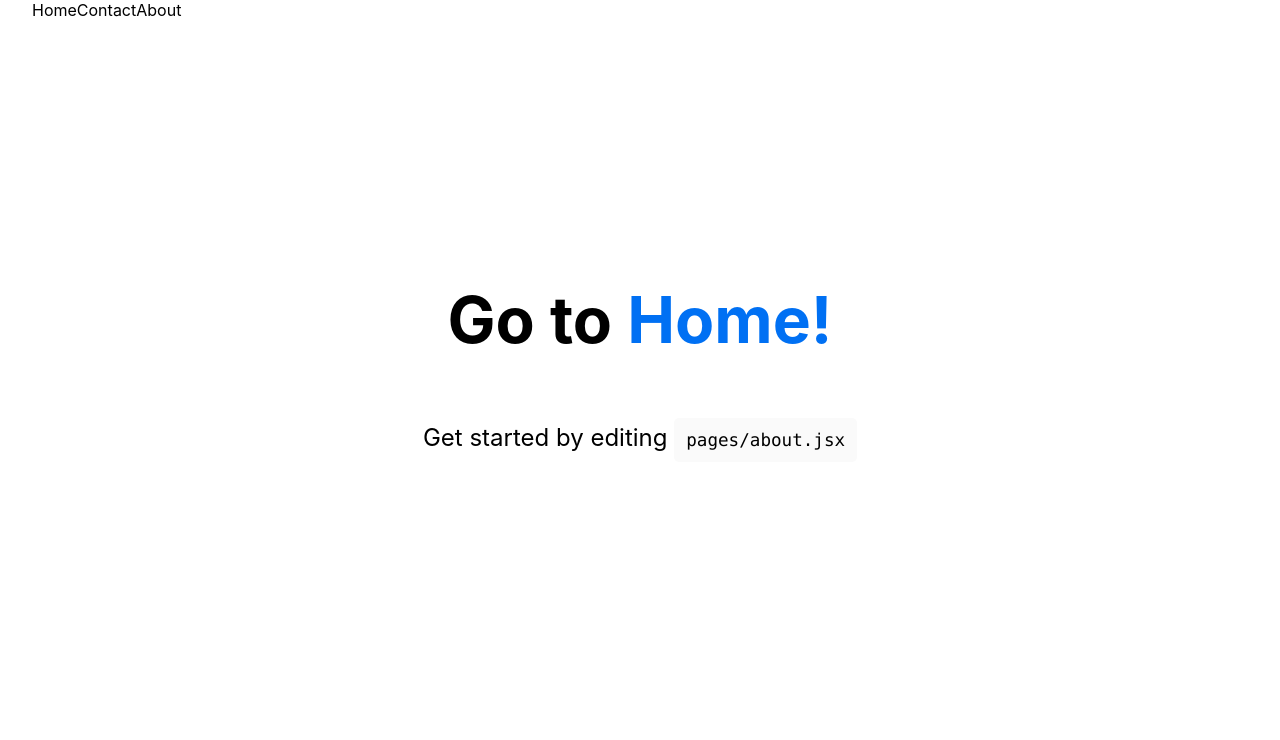
Repository: juagarc4/next-vercel-deploy
Page: /about
An editor plug-in stored every save of this project. The page is shown before and after the next save, followed by the edit.
The browser window is 1280 px wide. The pictures show the whole page.
The project was rebuilt for these pictures with package versions that can differ from the ones it lists, and the page was loaded fresh each time. The framework's server and built-in components were replaced by stand-ins that run in the browser. Also part of the build but not shown: next.config.js.

Above is the page before, as saved 2022-04-28 20:30:39.

### pages/about.jsx
import Head from 'next/head'
import Link from 'next/link'
import { Navbar } from '../components/Navbar'
import styles from '../styles/Home.module.css'

export default function AboutPage() {
  return (
    <div className={styles.container}>
      <Head>
        <title>About - Initial App</title>
        <meta name='description' content='About Page' />
        <link rel='icon' href='/favicon.ico' />
      </Head>
      <Navbar/>
      <main className={styles.main}>
        <h1></h1>
        <h1 className={styles.title}>
          Go to <Link href='/'>Home!</Link>
        </h1>

        <p className={styles.description}>
          Get started by editing <code className={styles.code}>pages/about.jsx</code>
        </p>
      </main>
    </div>
  )
}

### components/Navbar.jsx
import React from 'react'

export const Navbar = () => {
  return (
    <nav>
      <a href='/'>Home</a>
      <a href='/contact'>Contact</a>
      <a href='/about'>About</a>
    </nav>
  )
}

Loaded but not shown: pages/_app.js (common file); styles/globals.css (common file); styles/Home.module.css (common file)

After the next save:
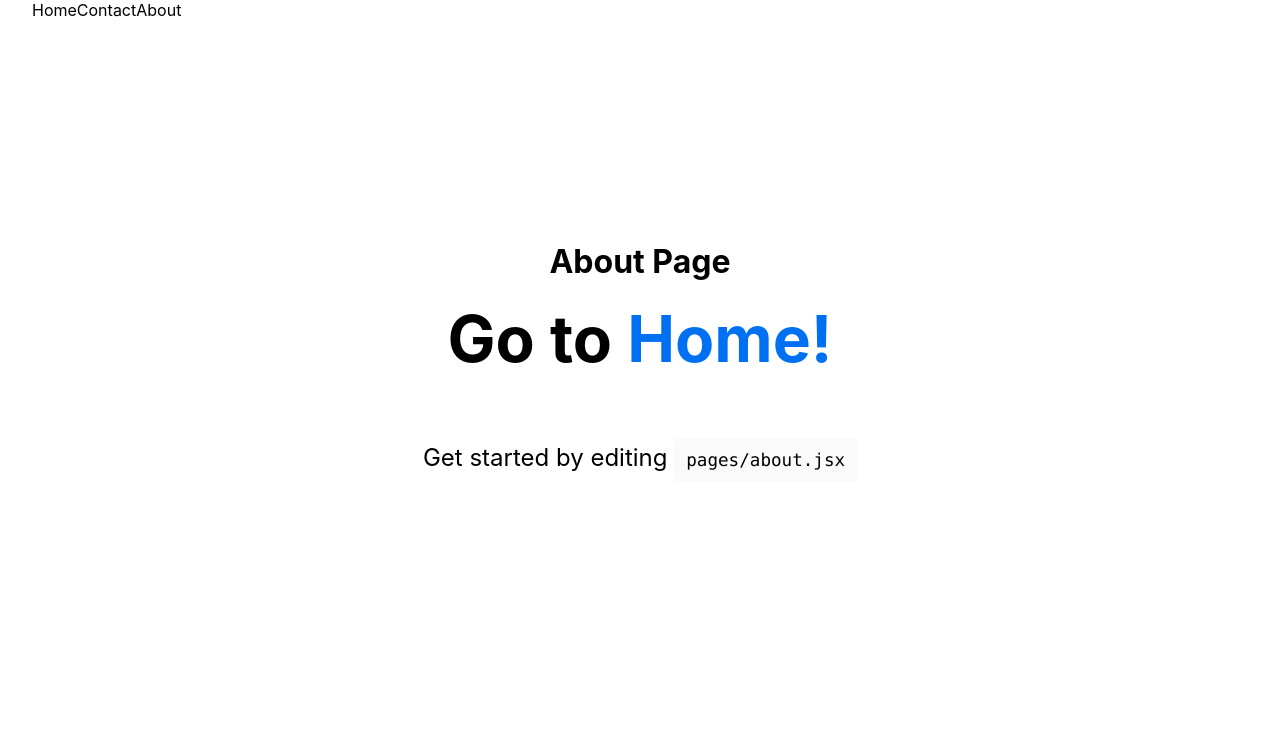
Saved 6 s later.
--- a/pages/about.jsx
+++ b/pages/about.jsx
@@ -13,7 +13,7 @@ export default function AboutPage() {
       </Head>
       <Navbar/>
       <main className={styles.main}>
-        <h1></h1>
+        <h1>About Page</h1>
         <h1 className={styles.title}>
           Go to <Link href='/'>Home!</Link>
         </h1>
